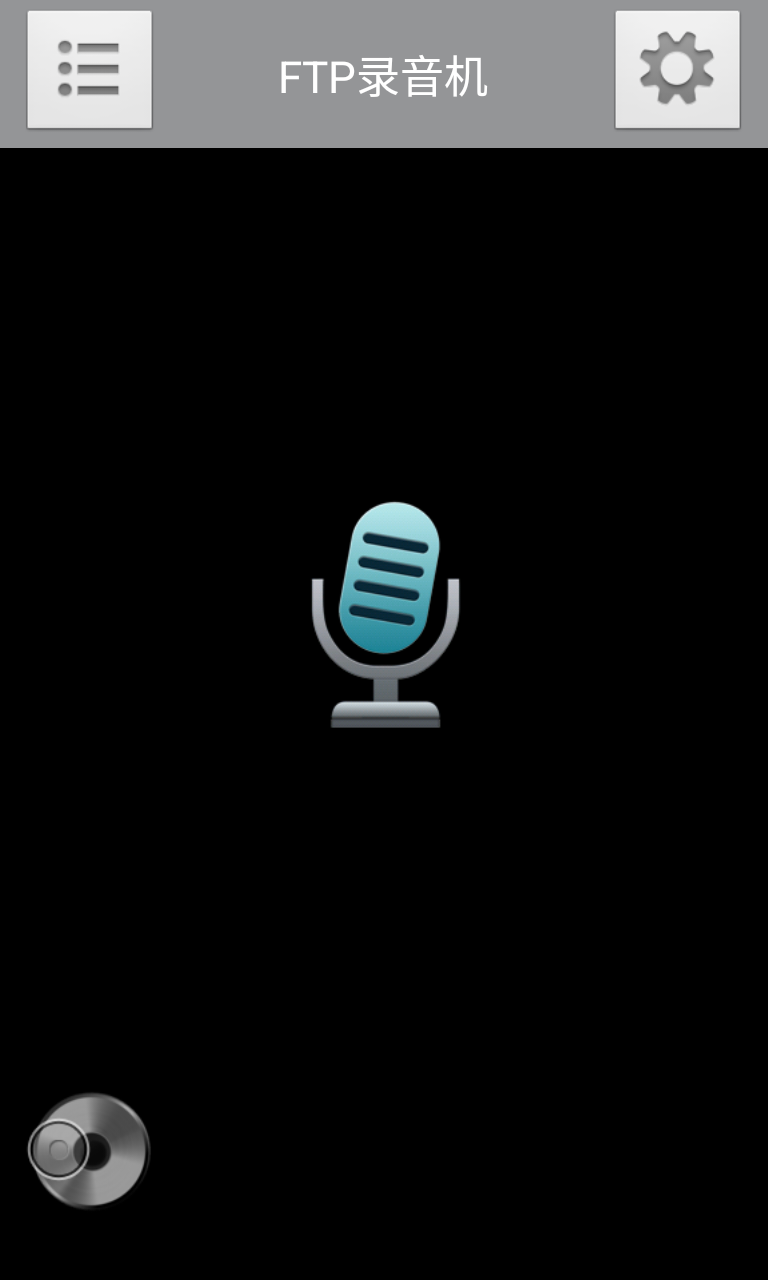
Repository: stone-jin/WAVRecoder
Layout: WAVRecoder2/res/layout/main.xml
These files come from the project's save history. The layout is drawn as it stood at one moment and after the next save; the edit follows.
It is drawn on a 768 x 1280 px phone screen (xhdpi) without system bars, with theme Anim_style2; the app's code is not run.

Above is the layout before, as saved 2014-05-06 19:02:28.

After the next save:
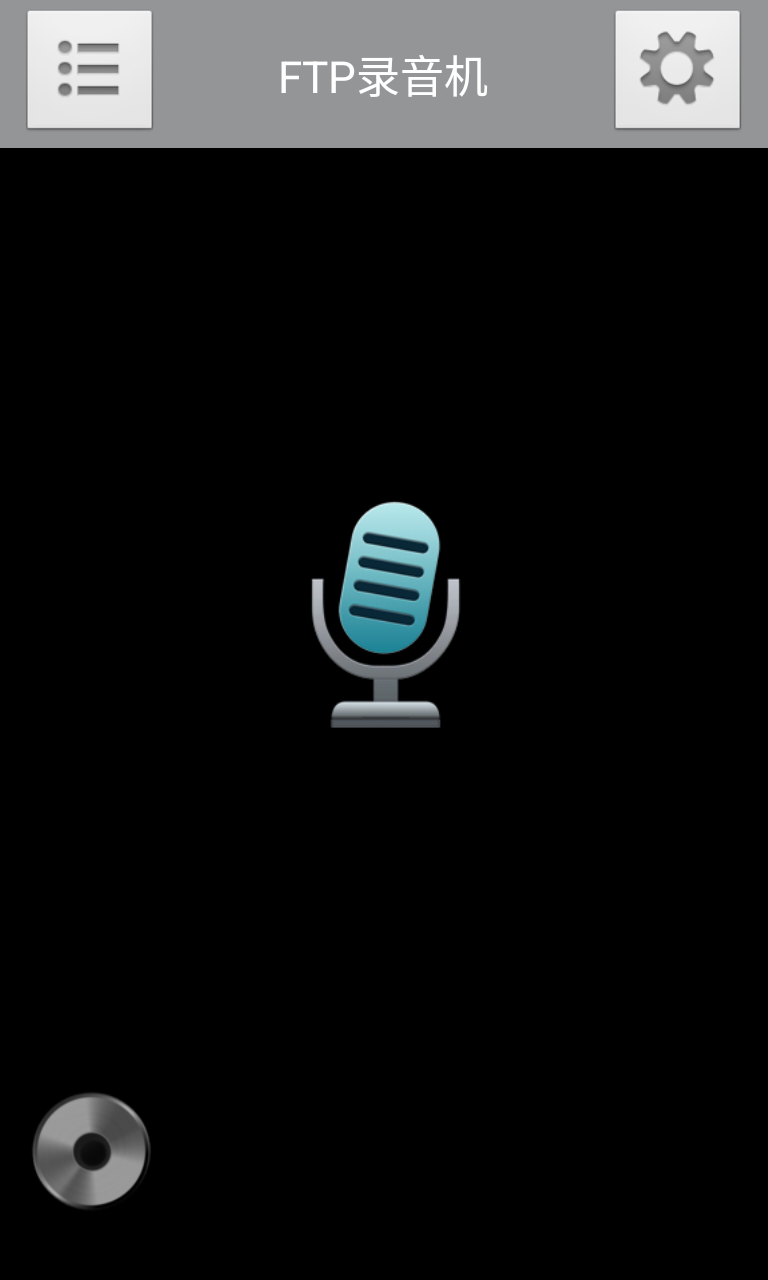
Saved 103 s later.
--- a/WAVRecoder2/res/layout/main.xml
+++ b/WAVRecoder2/res/layout/main.xml
@@ -27,7 +27,7 @@
         android:orientation="horizontal"
         >
 
-        <RadioButton
+        <Button
             android:layout_width="wrap_content"
             android:layout_height="wrap_content"
             android:background="@drawable/btn_rekam_disabled"
